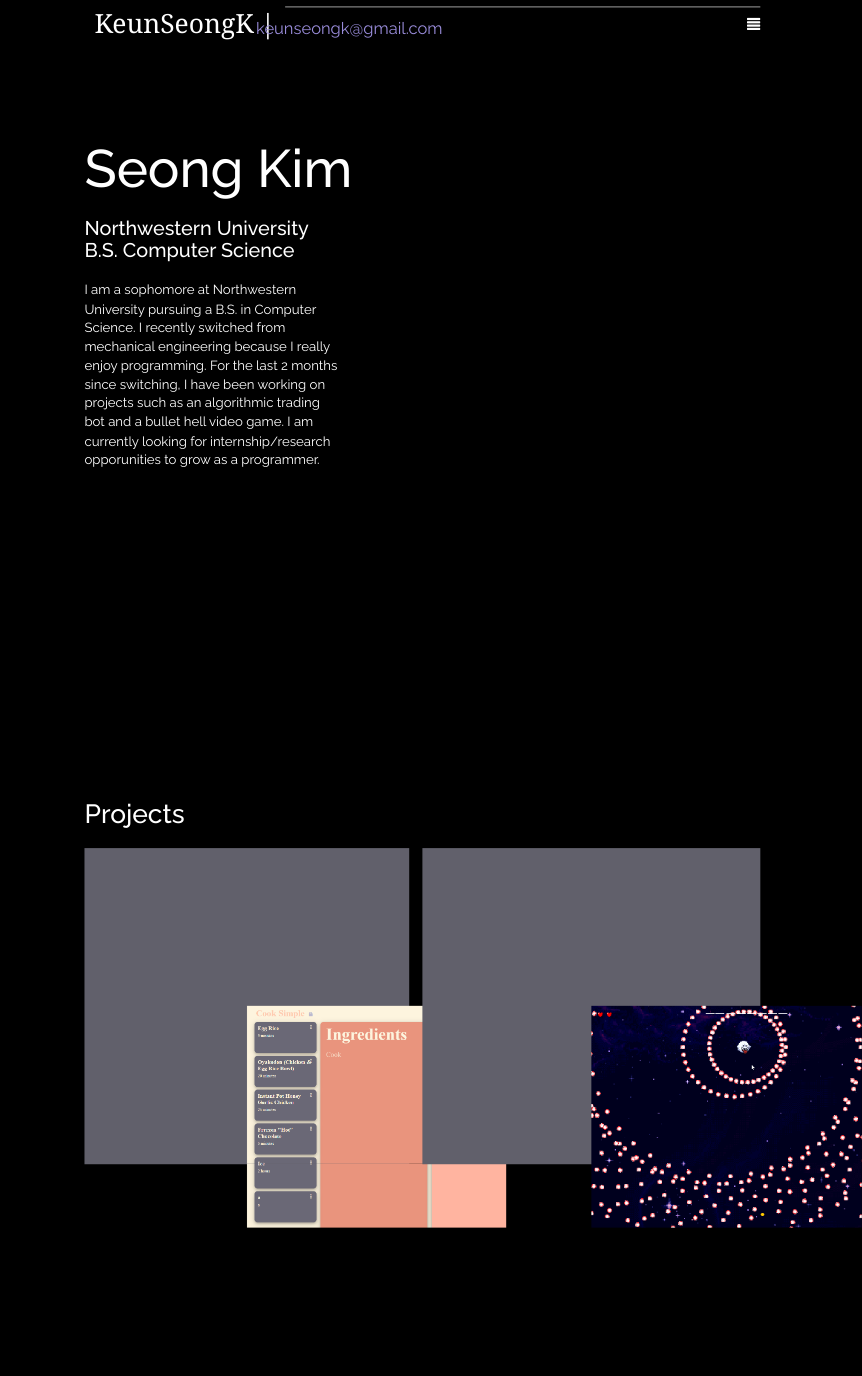
Repository: oqueuo/personal-site
Page: index.html
An editor plug-in stored every save of this project. The page is shown before and after the next save, followed by the edit.
The browser window is 1280 px wide. The page is 1306 px wide, then 1280 px, so the pictures cover 1306 px, including what lies to the right of the window. The pictures show the whole page, at 66% of full size.

Above is the page before, as saved 2020-09-21 18:17:47.

After the next save:
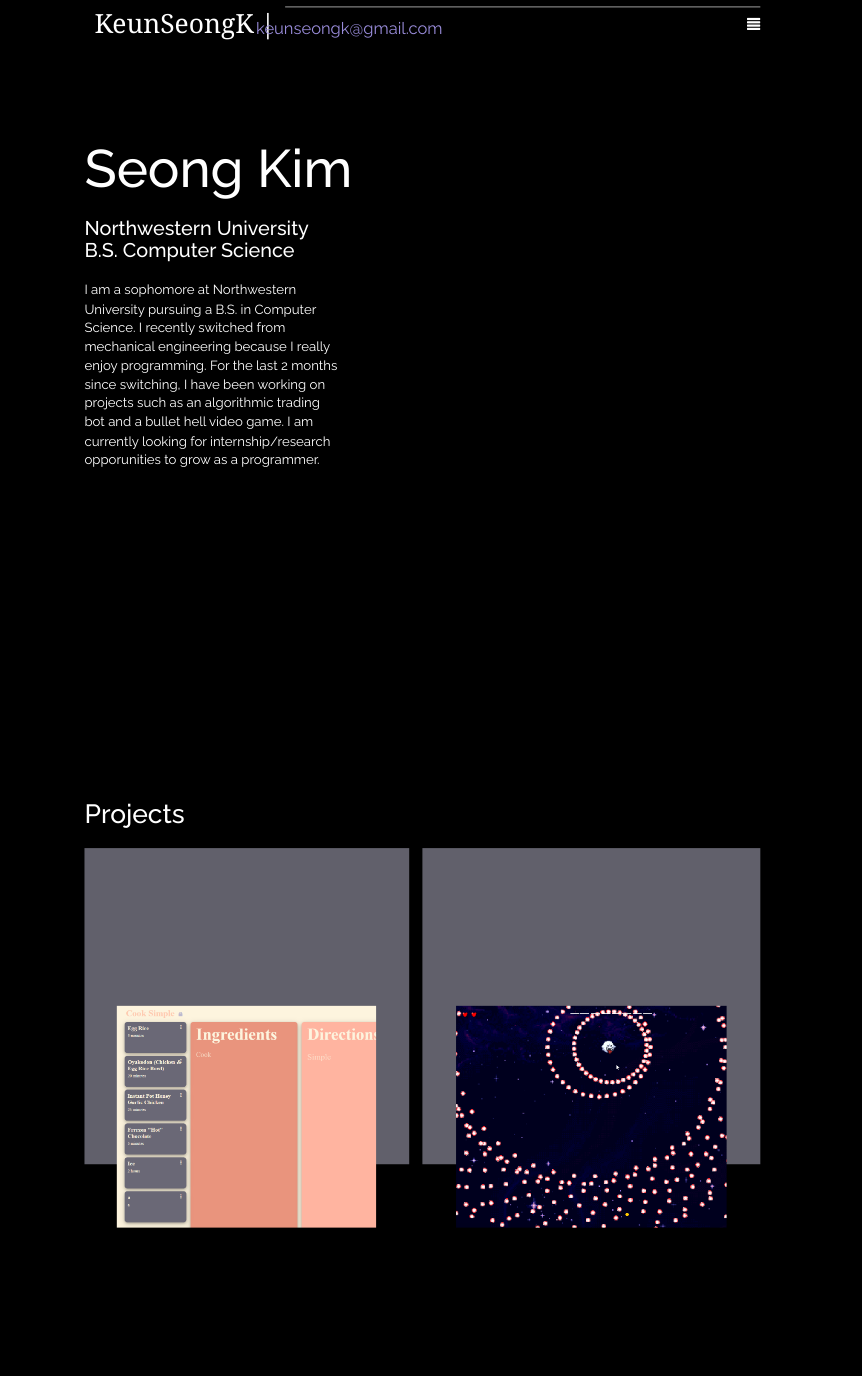
Saved 17 s later.
--- a/styles.css
+++ b/styles.css
@@ -124,7 +124,7 @@ ul a:active, #email:active, .more-info-on-github:active {
 }
 .project-card-content {
     position: absolute;
-    left: 50%;
+    left: 10%;
     top: 50%;
 
     width: 80%;
